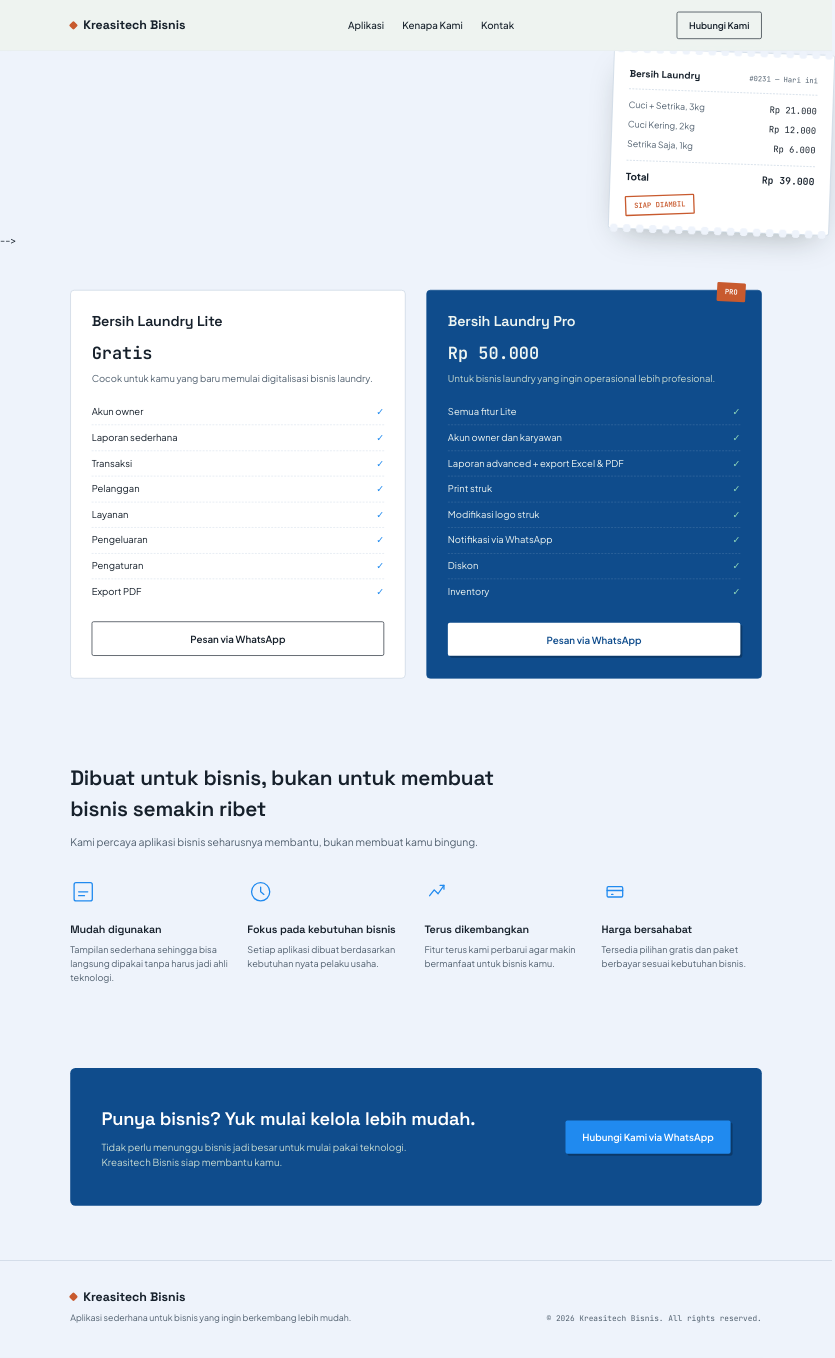
Repository: joao880hbhb/kreasitech
Page: produk/bersih-laundry.html
The author's editor kept a copy of each file at every save. The page is drawn from the files as they stood at one save, then again after the next save.
The browser window is 1280 px wide. The page is 1285 px wide, then 1280 px, so the pictures cover 1285 px, including what lies to the right of the window. The pictures show the whole page, at 65% of full size.

Above is the page before, as saved 2026-09-14 21:33:56.

After the next save:
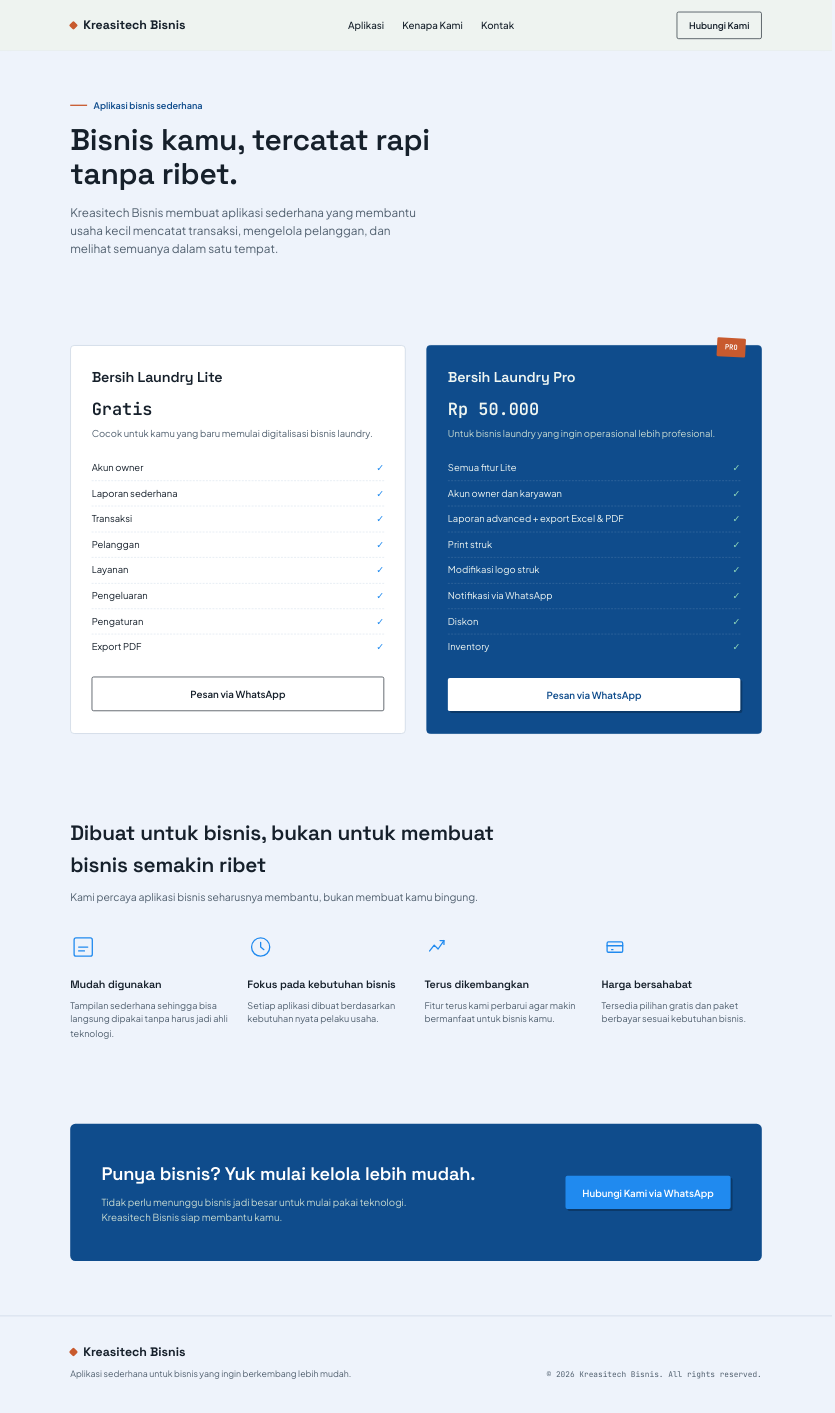
Saved 14 s later.
--- a/produk/bersih-laundry.html
+++ b/produk/bersih-laundry.html
@@ -245,7 +245,7 @@
   </nav>
 </header>
 
-<!-- <section class="hero">
+<section class="hero">
   <div class="wrap hero-grid">
     <div>
       <div class="eyebrow-line">Aplikasi bisnis sederhana</div>
@@ -256,7 +256,7 @@
         <a href="#kontak" class="btn-secondary">Hubungi Kami</a>
       </div> -->
     </div>
-    <div>
+    <!-- <div>
       <div class="receipt-mock">
         <div class="r-head">
           <span>Bersih Laundry</span>
@@ -268,9 +268,9 @@
         <div class="r-total"><span>Total</span><span class="mono">Rp 39.000</span></div>
         <div class="r-status">SIAP DIAMBIL</div>
       </div>
-    </div>
-  </div>
-</section> -->
+    </div> -->
+  </div>
+</section>
 
 <!-- <div class="wrap"><div class="value-row">
   <div class="vcell"><div class="num">01</div><h3>Mudah digunakan</h3><p>Tidak perlu jadi ahli teknologi untuk mulai memakainya.</p></div>
